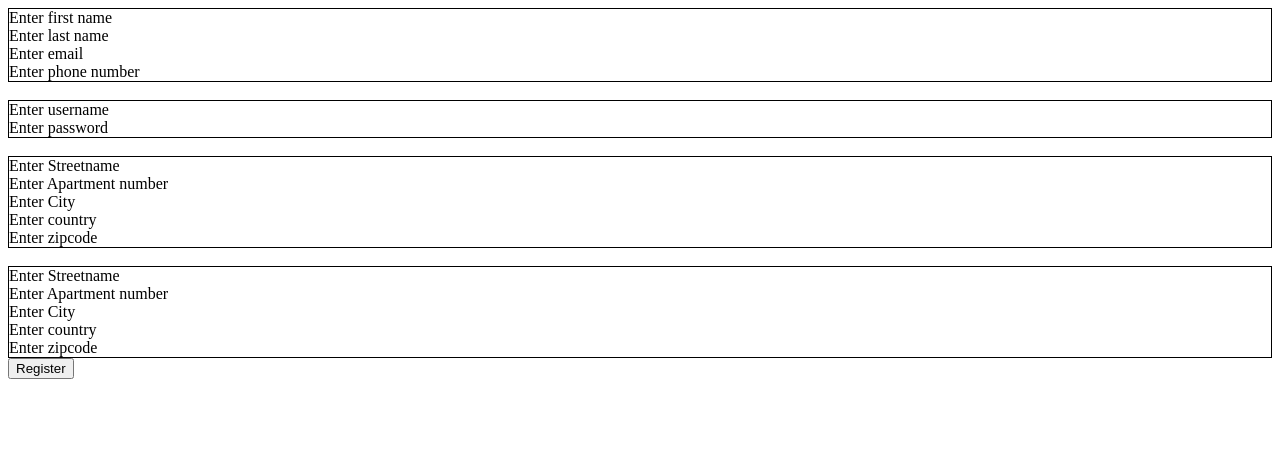
Repository: SwapnilYeldi/Project1
Page: http://localhost/project1/WEB-INF/pages/registrationpage.jsp
These files come from the project's save history. The page is drawn as it stood at one moment and after the next save; the edit follows.
The browser window is 1280 px wide. The pictures show the whole page.
The page is served by Tomcat 9. Nobody is signed in. Other server files are loaded and not shown. The template is opened directly, without the code that normally fills it, so the values that code supplies are empty.

Above is the page before, as saved 2017-05-24 09:01:09.

### project1/src/main/webapp/WEB-INF/pages/registrationpage.jsp
<%@ page language="java" contentType="text/html; charset=ISO-8859-1"
    pageEncoding="ISO-8859-1"%>
<!DOCTYPE html PUBLIC "-//W3C//DTD HTML 4.01 Transitional//EN" "http://www.w3.org/TR/html4/loose.dtd">
<%@page isELIgnored="false"%>
<html>
<head>
<meta http-equiv="Content-Type" content="text/html; charset=ISO-8859-1">
<title>Insert title here</title>
</head>
<body>

<div class="container wrapper">
<div class="container">
<url:url value="/all/register" var="url"></url:url>
<form:form  action="${url }" modelAttribute="customer" method="post">
<div class="boxed" style= "border:1px solid">
<div class="form-group">
<label for="id"></label>
<form:hidden path="id" ></form:hidden>
<form:errors path="id" cssStyle="color:red"></form:errors>

</div>

<div class="form-group">
<label for="firstname">Enter first name</label>
<form:input path="firstname"></form:input>
<form:errors path="firstname" cssStyle="color:red"></form:errors>
</div>


<div class="form-group">
<label for="lastname">Enter last name</label>
<form:input path="lastname"></form:input>
<form:errors path="lastname" cssStyle="color:red"></form:errors>
</div>



<div class="form-group">
<label for="email">Enter email</label>
<form:input path="email"></form:input>
<form:errors path="email" cssStyle="color:red"></form:errors>
<span style="color:red">${duplicateEmail }</span>
</div>



<div class="form-group">
<label for="phone">Enter phone number</label>
<form:input path="phone"></form:input>
<form:errors path="phone" cssStyle="color:red"></form:errors>
</div>
</div>
<br>
<div class="boxed" style= "border:1px solid">
<div class="form-group">
<label for="users.username">Enter username</label>
<form:input path="users.username"></form:input>
<form:errors path="users.username" cssStyle="color:red"></form:errors>
<span style="color:red">${duplicateUsername }</span>
</div>


<div class="form-group">
<label for="users.password">Enter password</label>
<form:input path="users.password" type="password"></form:input>
<form:errors path="users.password" cssStyle="color:red"></form:errors>
</div>
</div>
<br>
<div class="boxed" style= "border:1px solid">
<div class="form-group">
<label for="billingAddress.streetname">Enter Streetname</label>
<form:input path="billingAddress.streetname"></form:input>
<form:errors path="billingAddress.streetname" cssStyle="color:red"></form:errors>
</div>

<div class="form-group">
<label for="billingAddress.apartmentnumber">Enter Apartment number</label>
<form:input path="billingAddress.apartmentnumber"></form:input>
<form:errors path="billingAddress.apartmentnumber" cssStyle="color:red"></form:errors>
</div>

<div class="form-group">
<label for="billingAddress.city">Enter City</label>
<form:input path="billingAddress.city"></form:input>
<form:errors path="billingAddress.city" cssStyle="color:red"></form:errors>
</div>

<div class="form-group">
<label for="billingAddress.country">Enter country</label>
<form:input path="billingAddress.country"></form:input>
<form:errors path="billingAddress.country" cssStyle="color:red"></form:errors>
</div>

<div class="form-group">
<label for="billingAddress.zipcode">Enter zipcode</label>
<form:input path="billingAddress.zipcode"></form:input>
<form:errors path="billingAddress.zipcode" cssStyle="color:red"></form:errors>
</div>
</div>
<br>
<div class="boxed" style= "border:1px solid">
<div class="form-group">
<label for="shippingAddress.streetname">Enter Streetname</label>
<form:input path="shippingAddress.streetname"></form:input>
<form:errors path="shippingAddress.streetname" cssStyle="color:red"></form:errors>
</div>

<div class="form-group">
<label for="shippingAddress.apartmentnumber">Enter Apartment number</label>
<form:input path="shippingAddress.apartmentnumber"></form:input>
<form:errors path="shippingAddress.apartmentnumber" cssStyle="color:red"></form:errors>
</div>

<div class="form-group">
<label for="shippingAddress.city">Enter City</label>
<form:input path="shippingAddress.city"></form:input>
<form:errors path="shippingAddress.city" cssStyle="color:red"></form:errors>
</div>

<div class="form-group">
<label for="shippingAddress.country">Enter country</label>
<form:input path="shippingAddress.country"></form:input>
<form:errors path="shippingAddress.country" cssStyle="color:red"></form:errors>
</div>

<div class="form-group">
<label for="shippingAddress.zipcode">Enter zipcode</label>
<form:input path="shippingAddress.zipcode"></form:input>
<form:errors path="shippingAddress.zipcode" cssStyle="color:red"></form:errors>
</div>
</div>
<input type="submit" value="Register">

</form:form></div>

</div>

</body>
</html>

After the next save:
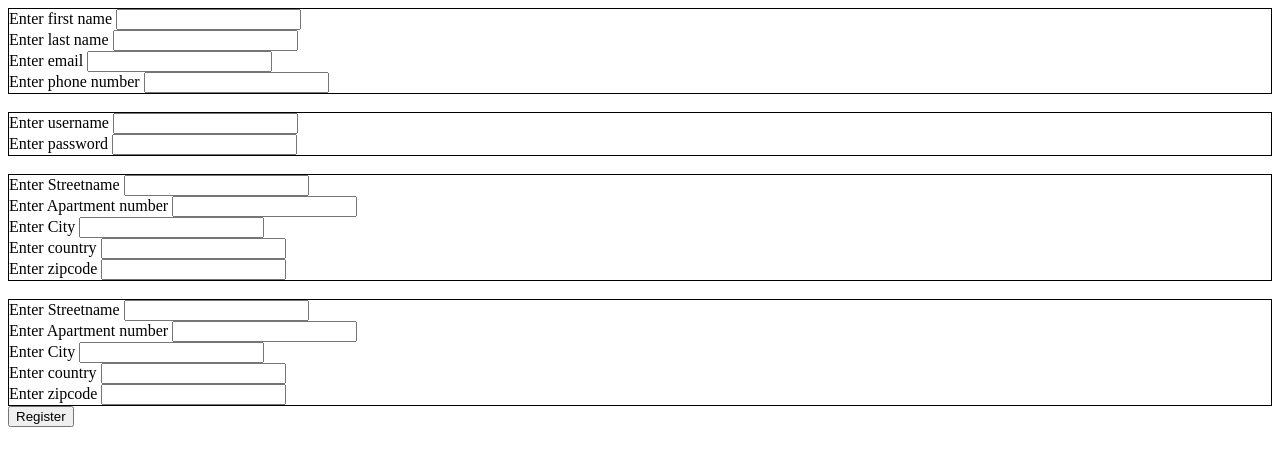
Saved 2 min 5 s later.
--- a/project1/src/main/webapp/WEB-INF/pages/registrationpage.jsp
+++ b/project1/src/main/webapp/WEB-INF/pages/registrationpage.jsp
@@ -1,6 +1,7 @@
 <%@ page language="java" contentType="text/html; charset=ISO-8859-1"
     pageEncoding="ISO-8859-1"%>
 <!DOCTYPE html PUBLIC "-//W3C//DTD HTML 4.01 Transitional//EN" "http://www.w3.org/TR/html4/loose.dtd">
+<%@ taglib uri="http://www.springframework.org/tags/form" prefix="form"%>
 <%@page isELIgnored="false"%>
 <html>
 <head>
